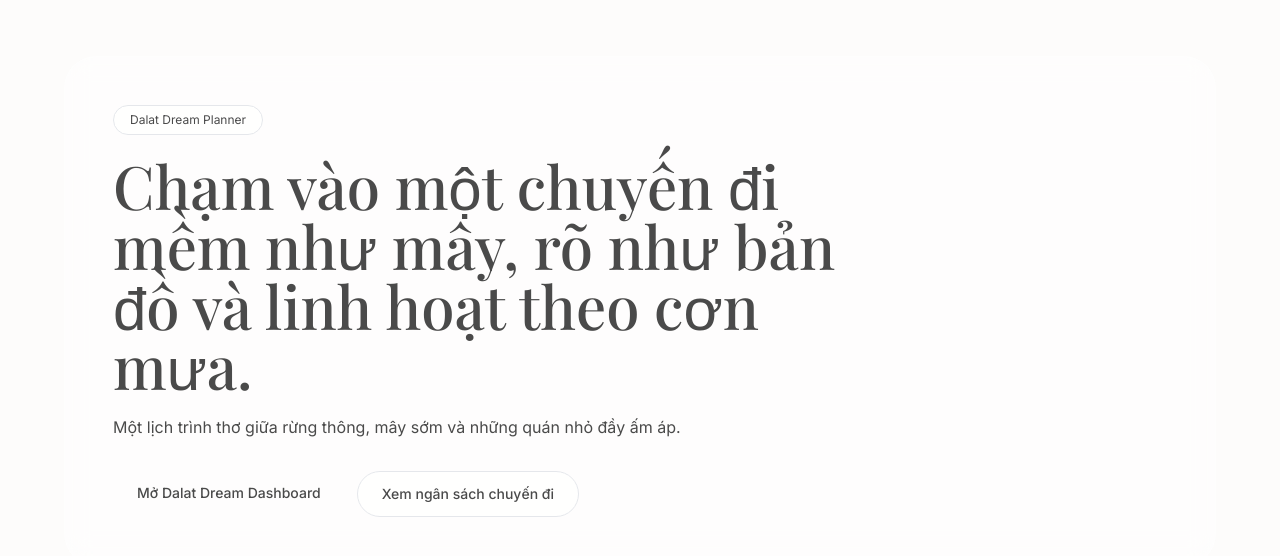
Repository: ferbdev-byte/tripdalat
Page: /
An editor plug-in stored every save of this project. The page is shown before and after the next save, followed by the edit.
The browser window is 1280 px wide. The pictures show the whole page.
Some web fonts or font styles are not loaded; a fallback is used. The project was rebuilt for these pictures with package versions that can differ from the ones it lists, and the page was loaded fresh each time. The framework's server and built-in components were replaced by stand-ins that run in the browser.

Above is the page before, as saved 2026-03-14 02:37:47.

After the next save:
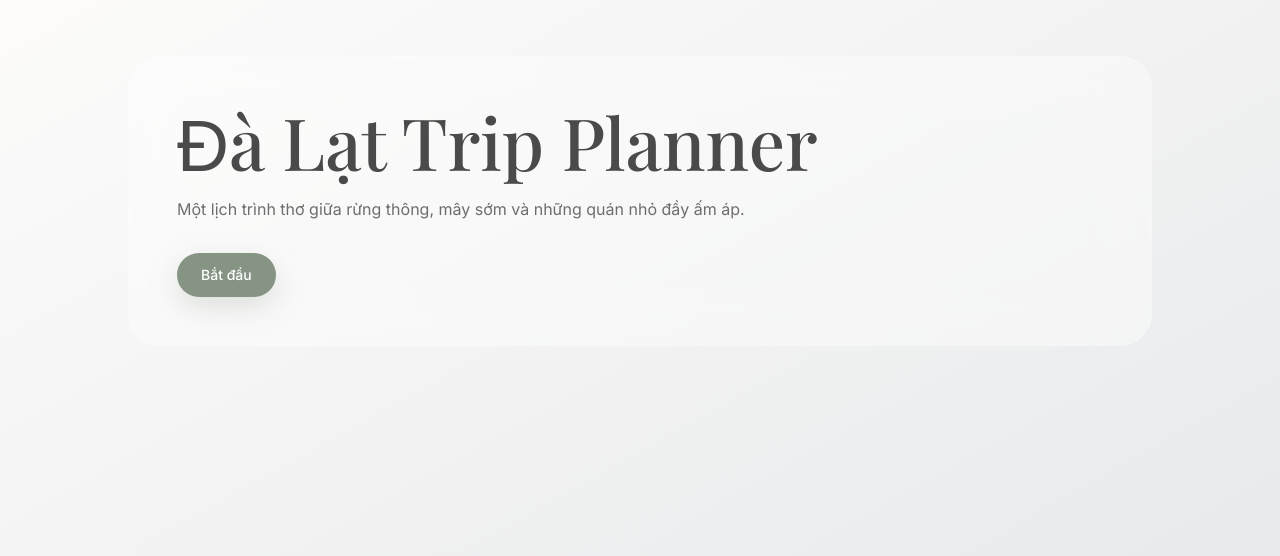
Saved 11 s later.
--- a/src/app/page.tsx
+++ b/src/app/page.tsx
@@ -5,26 +5,17 @@ import { mockData } from '../data/mockData';
 
 export default function HomePage() {
   return (
-    <main className="min-h-screen bg-background px-6 py-10 md:px-10 md:py-14">
-      <section className="mx-auto max-w-6xl rounded-[2rem] border border-white/20 bg-white/45 p-8 backdrop-blur-md md:p-12">
-        <p className="inline-flex items-center rounded-full border border-pine-green/20 bg-white/60 px-4 py-1.5 text-xs text-pine-green">
-          Dalat Dream Planner
-        </p>
+    <main className="min-h-screen bg-gradient-to-br from-[#FDFCFB] to-[#E5E7E9] px-6 py-10 md:px-10 md:py-14">
+      <section className="mx-auto max-w-5xl rounded-dalat border border-white/20 bg-white/40 p-8 backdrop-blur-xl md:p-12">
+        <h1 className="text-5xl text-[#4A4A4A] md:text-7xl">Đà Lạt Trip Planner</h1>
+        <p className="mt-5 max-w-2xl text-sm leading-7 text-[#4A4A4A]/80 md:text-base">{mockData.trip.subtitle}</p>
 
-        <h1 className="mt-5 max-w-3xl text-4xl leading-tight text-text md:text-6xl">
-          Chạm vào một chuyến đi mềm như mây, rõ như bản đồ và linh hoạt theo cơn mưa.
-        </h1>
-
-        <p className="mt-5 max-w-2xl text-sm leading-7 text-text/75 md:text-base">
-          {mockData.trip.subtitle}
-        </p>
-
-        <div className="mt-8 flex flex-wrap gap-3">
-          <Link href={`/trips/${mockData.trip.id}`} className="rounded-full bg-hydrangea-blue px-6 py-3 text-sm font-medium text-text transition hover:opacity-90">
-            Mở Dalat Dream Dashboard
-          </Link>
-          <Link href={`/trips/${mockData.trip.id}/budget`} className="rounded-full border border-pine-green/25 bg-white/55 px-6 py-3 text-sm font-medium text-pine-green transition hover:bg-white/75">
-            Xem ngân sách chuyến đi
+        <div className="mt-8 flex flex-wrap items-center gap-3">
+          <Link
+            href={`/trips/${mockData.trip.id}`}
+            className="rounded-full bg-[#869484] px-6 py-3 text-sm font-medium text-white shadow-[0_10px_30px_rgba(134,148,132,0.25)] transition hover:opacity-90"
+          >
+            Bắt đầu
           </Link>
         </div>
       </section>
